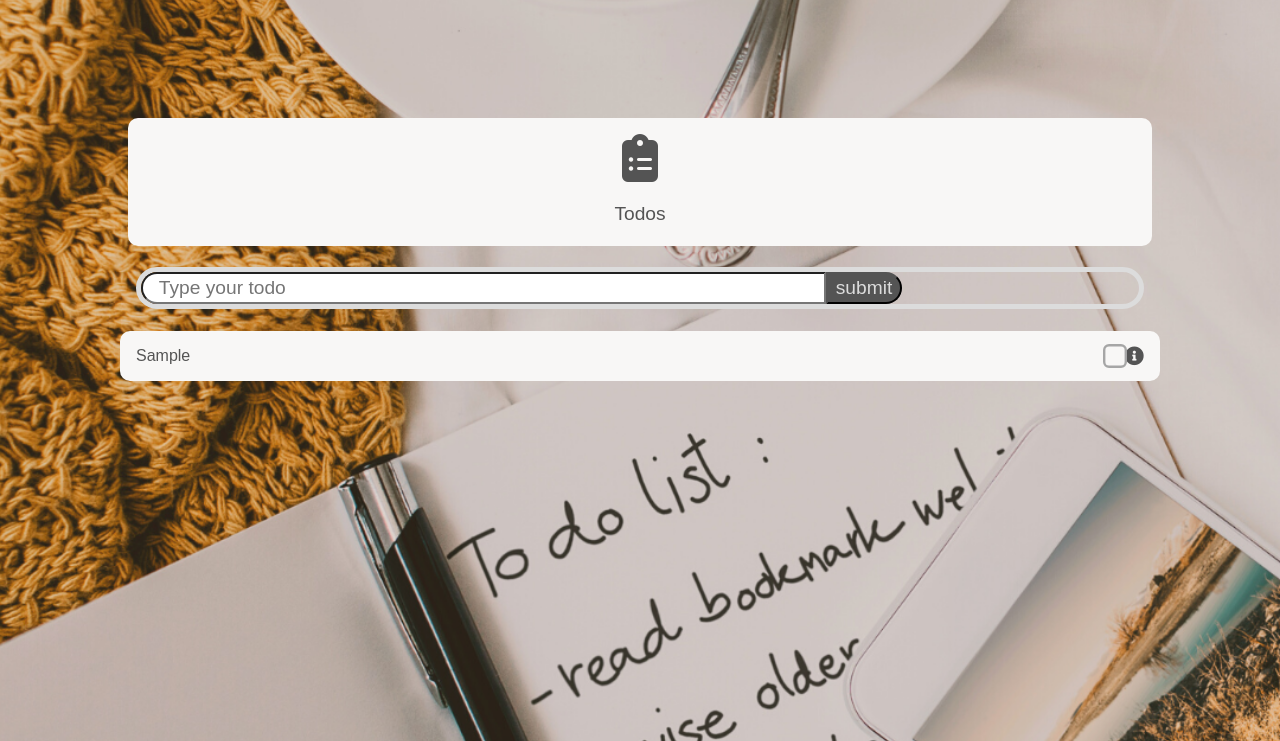
Repository: ShindanoSingi/My-Channel-Videos
Page: index.html
The author's editor kept a copy of each file at every save. The page is drawn from the files as they stood at one save, then again after the next save.
The browser window is 1280 px wide. The pictures show the whole page.
Empty fields were first filled with sample values (such as "Sample", 5 or name@example.com).
After loading, the first visible `#submit-button` was clicked once.
Some web libraries are served in a nearby version.

Above is the page before, as saved 2023-07-18 22:35:21.

After the next save:
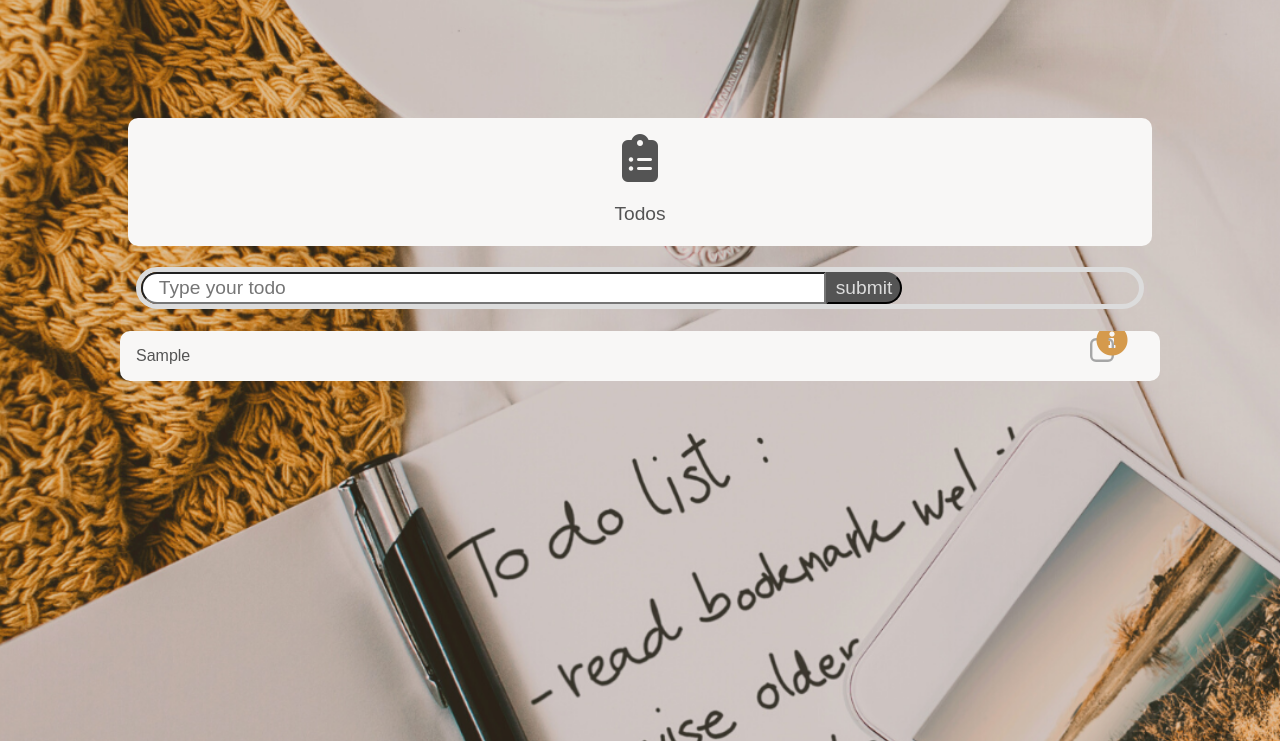
Saved 17 s later.
--- a/index.js
+++ b/index.js
@@ -23,7 +23,7 @@ button.addEventListener("click", function () {
     input.setAttribute("id", "checkbox");
 
     let i = document.createElement("i");
-    i.setAttribute("class", 'fas fa-info-circle');
+    i.setAttribute("class", 'check-mark fas fa-info-circle');
     i.setAttribute('id','check-mark');
 
     newDiv4.appendChild(input);
